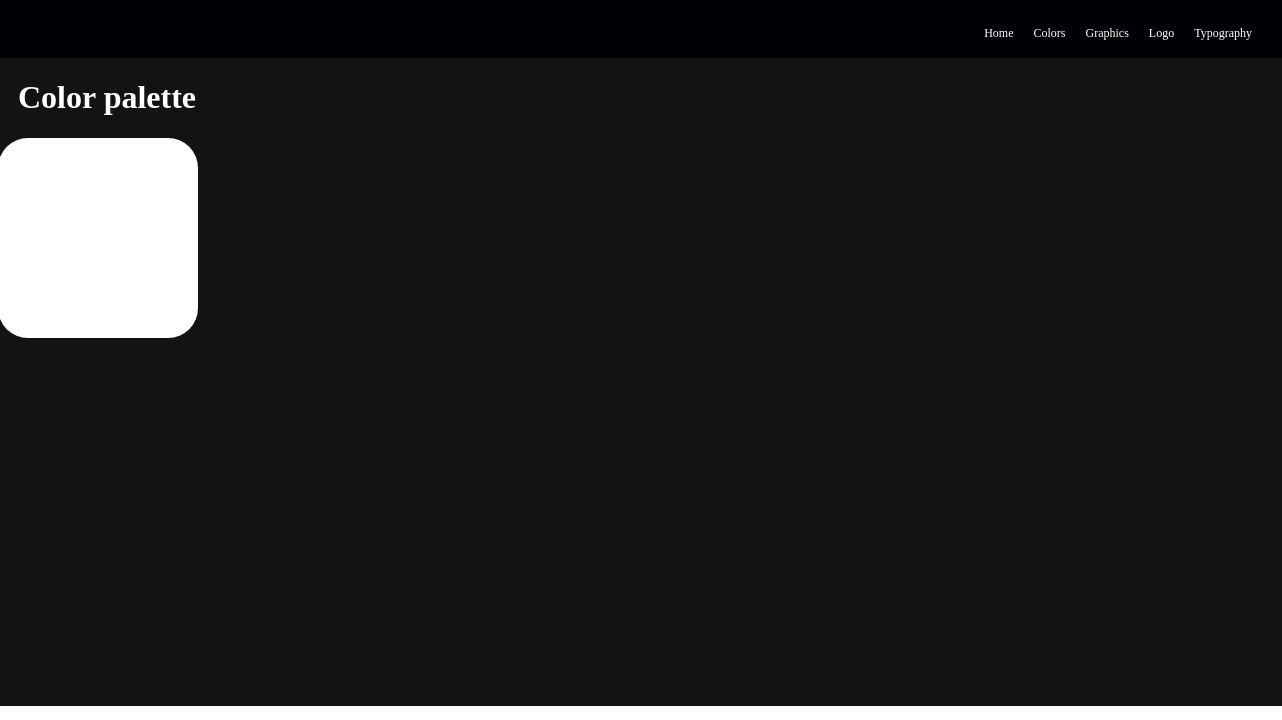
Repository: KyannaKrueger/a5styleguide
Page: /colors
The author's editor kept a copy of each file at every save. The page is drawn from the files as they stood at one save, then again after the next save.
The browser window is 1280 px wide. The page is 1282 px wide, so the pictures cover 1282 px, including what lies to the right of the window. The pictures show the whole page.
The project was rebuilt for these pictures with package versions that can differ from the ones it lists, and the page was loaded fresh each time. The framework's server and built-in components were replaced by stand-ins that run in the browser. Also part of the build but not shown: next.config.mjs.

Above is the page before, as saved 2024-04-05 14:04:05.

### pages/colors.js
import styles from "@/styles/colors.module.css";
import Header from "@/components/Header";

export default function Colors() {
    return (
      <>
      <Header/>
        <main className={styles.colors}>
         <h1 className={styles.clrTitle}>Color palette </h1>
         <div className={styles.sqOne}></div>
         <div className={styles.sqTwo}></div>
         <div className={styles.sqThree}></div>
         <div className={styles.sqFour}></div>
        </main>
      </>
    );
  }

### styles/colors.module.css
.colors {
    display: flex;
    flex-direction: column;
    align-items: left;
    padding: 6rem;
    min-height: 90vh;
    background-color: #131313;
    color: #fff;
    margin:-10px;
    padding: 0px;
    font-family: SF pro;
    position: relative;
  }

  .clrTitle{
    margin-left: 20px;
  }

  .sqOne {
    background-color: #fff;
    width: 200px;
    height: 200px;
    border-radius: 30px;;
  }
  .sqTwo {

  }
  .sqThree {

  }
  .sqFour {

  }

### components/Header/index.js
import styles from './header.module.css';
import Link from 'next/link';

export default function Header() {
  return (
    <>
      <main className={styles.header}>
      <nav>
        <ul className={styles.navBar}>
            <li className={styles.navItem}><Link href="/" className={styles.headLink}>Home</Link></li>
            <li className={styles.navItem}><Link href="/colors" className={styles.headLink}>Colors</Link></li>
            <li className={styles.navItem}><Link href="/graphics" className={styles.headLink}>Graphics</Link></li>
            <li className={styles.navItem}><Link href="/logo" className={styles.headLink}>Logo</Link></li>
            <li className={styles.navItem}><Link href="/typography" className={styles.headLink}>Typography</Link></li>
        </ul>
    </nav>
      </main>
    </>
  );
}

### components/Header/header.module.css
.header {
        background-color: #000005;
        color:aliceblue;
        font-family: 'Lucida Sans', 'Lucida Sans Regular', 'Lucida Grande', 'Lucida Sans Unicode', Geneva, Verdana, sans-serif;
        font-size: 12px;
        height: 70px;
        display: flex;
        justify-content: flex-end;
        align-items: center;
        margin:-10px;
}

.navBar {
        list-style-type: none;
        display: flex;
        justify-content: center;
        margin: 20px;
}

.navItem {
        padding: 10px;
}

.headLink {
        color:#fff;
        text-decoration: none;
        font-family: SF pro;
}

.headLink:hover {
        color:#FF5C00;
        text-decoration: none;
}

Loaded but not shown: pages/_app.js (common file); pages/_document.js (common file); styles/globals.css (common file)

After the next save:
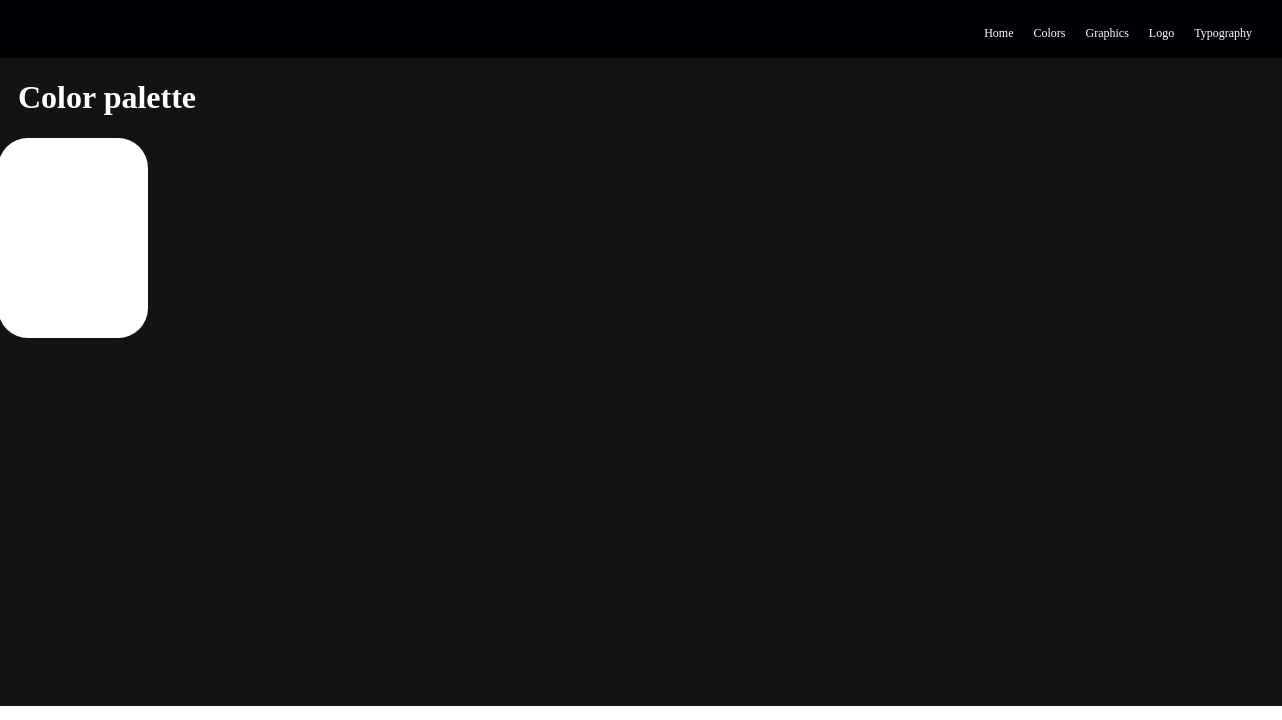
Saved 7 s later.
--- a/styles/colors.module.css
+++ b/styles/colors.module.css
@@ -18,9 +18,9 @@
 
   .sqOne {
     background-color: #fff;
-    width: 200px;
+    width: 150px;
     height: 200px;
-    border-radius: 30px;;
+    border-radius: 30px;
   }
   .sqTwo {
 
